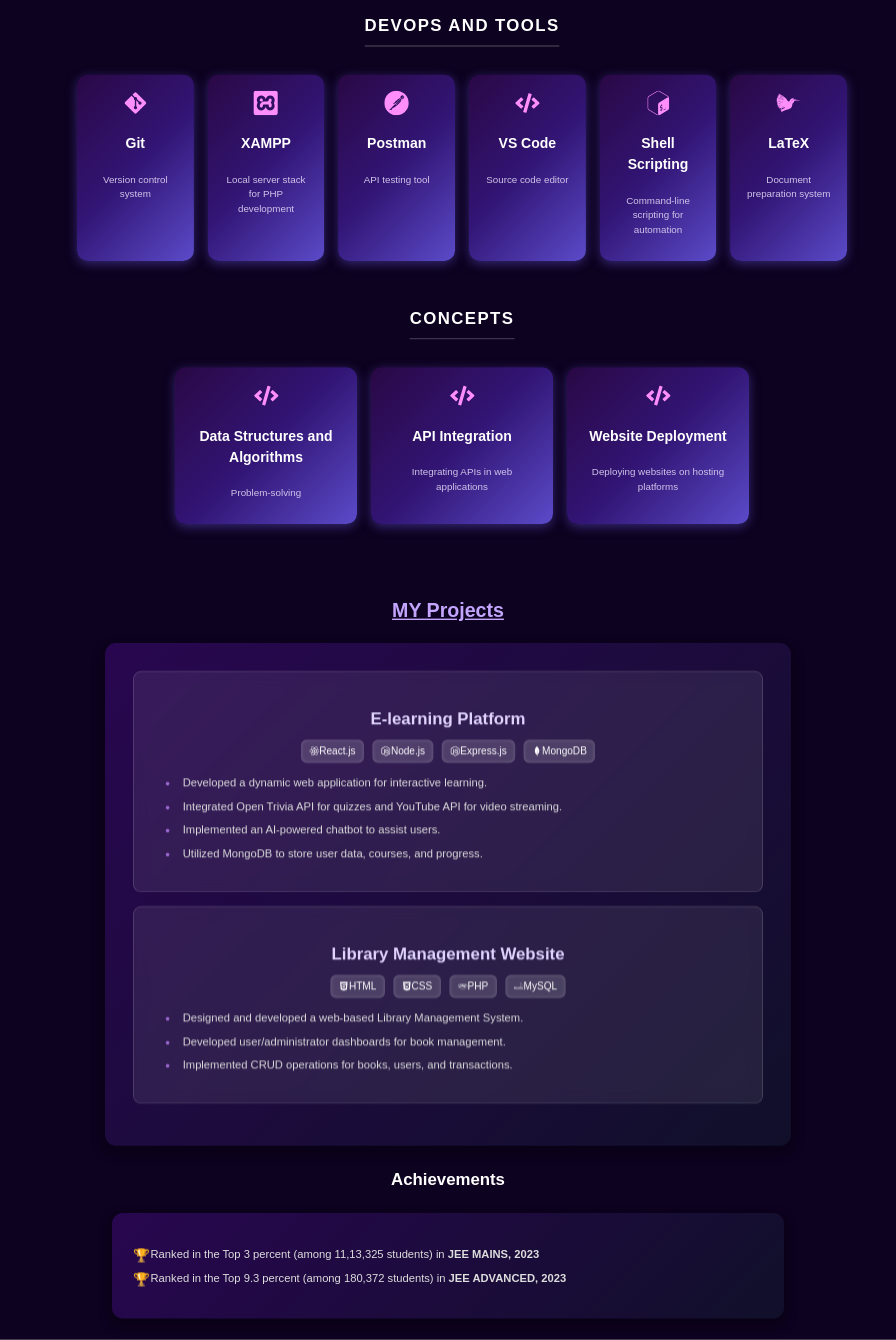
Repository: harshitap1305/Portfolio
Page: /
An editor plug-in stored every save of this project. The page is shown before and after the next save, followed by the edit.
The browser window is 1280 px wide. The pictures show the part of the page from y = 2294 to 4214 px (the page is 4208 px tall before and 4214 px after), at 70% of full size.
The project was rebuilt for these pictures with package versions that can differ from the ones it lists, and the page was loaded fresh each time. Also part of the build but not shown: vite.config.js.

Above is the page before, as saved 2025-03-27 22:06:59.

### index.html
<!doctype html>
<html lang="en">
  <head>
    <meta charset="UTF-8" />

    <meta name="viewport" content="width=device-width, initial-scale=1.0" />
    <title>Harshita's Portfolio</title>
  </head>
  <body>
    <div id="root"></div>
    <script type="module" src="/src/main.jsx"></script>
  </body>
</html>

### src/App.jsx
import Home from './Home.jsx'

function App() {


  return (
    <>
      <Home/>
    </>
  )
}

export default App

### src/Home.jsx
import React from 'react';
import harshita from './assets/harshita.png';
import './App.css';
import { FaReact, FaHtml5, FaCss3Alt,FaNodeJs, FaPhp,FaGitAlt } from "react-icons/fa";
import { SiNextdotjs, SiExpress,SiMysql,SiMongodb,SiXampp,SiPostman,SiGnubash,SiLatex,SiC,SiCplusplus,SiJavascript } from "react-icons/si";
import { FaCode } from "react-icons/fa";
import Projects from './Projects';

import Cards from './Cards';
const skillsData=[
    {
        category: "Languages",
        skills: [
          { name: "C", description: "Procedural programming language", icon: <SiC/> },
          { name: "C++", description: "Object-oriented programming language", icon: <SiCplusplus/> },
          { name: "Javascript", description: "Scripting language for web development", icon: <SiJavascript/> },

        ]
      },
    {
        category: "Frontend",
        skills: [
          { name: "React.js", description: "Frontend Library", icon: <FaReact/> },
          { name: "HTML", description: "Markup Language", icon: <FaHtml5 /> },
          { name: "CSS", description: "Styling", icon: <FaCss3Alt /> },
          { name: "Next.js", description: "Frontend Framework", icon: <SiNextdotjs /> }
        ]
      },
      {
        category: "Backend",
        skills: [
          { name: "Node.js", description: " JavaScript runtime", icon: <FaNodeJs /> },
          { name: "Express.js", description: "Node.js web framework.", icon: <SiExpress /> },
          { name: "PHP", description: "Backend scripting language", icon: <FaPhp /> }
        ]
      },
      {
        category: "Database",
        skills: [
          { name: "MongoDB", description: "NoSQL Database", icon: <SiMongodb/> },
          { name: "MySQL", description: "Relational Database", icon: <SiMysql /> }
        ]
      },
      {
        category: "DevOps and Tools",
        skills: [
            { name: "Git", description: "Version control system",icon: <FaGitAlt/>,  },
            { name: "XAMPP", description: "Local server stack for PHP development",icon: <SiXampp/>,  },
            { name: "Postman", description: "API testing tool",icon: <SiPostman/> },
            {  name: "VS Code", description: "Source code editor",icon:  <FaCode/>},
            {  name: "Shell Scripting", description: "Command-line scripting for automation",icon: <SiGnubash/> },
            { name: "LaTeX", description: "Document preparation system",icon: <SiLatex/> }
          ]
      },
      {
      category:"Concepts",
      skills:[
        { name: "Data Structures and Algorithms", description: "Problem-solving", icon: <FaCode/> },
        {name:"API Integration",description:"Integrating APIs in web applications",icon:<FaCode/>},
        { name:"Website Deployment",description:"Deploying websites on hosting platforms",icon:<FaCode/> }
      ]
      }
]
const Home = () => {
  return (
    <>
      <img src={harshita} alt="Harshita Patidar" className="harshita" />
      <h2 className="name">Hey, I am Harshita Patidar!</h2>
      <p className="tagline">Computer Science and Engineering (B.Tech) | IIT Bhilai</p>
      <p className="subtext">
      🚀 Passionate developer | Problem solver | Lifelong learner
      </p>
      <p className='intro'>I am Harshita Patidar, a Computer Science and Engineering student at IIT Bhilai, driven by a passion for software development, problem-solving, and impactful technology solutions. I have built and deployed full-stack web applications using React.js, Node.js, Express.js, and MongoDB.I thrive in dynamic environments where innovation meets purpose, and I am eager to apply my skills to challenges that drive meaningful change.</p>
      <div className="education-container">
        <h1 className="education-heading">Education</h1>
        <ul className="education-list">
          <li>
            <span className="edu-degree">B.Tech in Computer Science and Engineering</span> | <b>IIT Bhilai</b> | <b>CGPA: 8.27/10</b> (2023 - 2027)
          </li>
          <li>
            <span className="edu-degree">12th (MPBSE)</span> | BCM Higher Secondary School, Dewas, MP | <b>92%</b> (2023)
          </li>
        </ul>

      </div>
      <h1 className="skills-heading">My Skills</h1>
      <div className="skills-container">
        {skillsData.map((section, index) => (
          <div key={index} className="skill-section">
            <h3 className="skill-category">{section.category}</h3>
            <div className="skill-grid">
              {section.skills.map((skill, i) => (
                <Cards key={i} icon={skill.icon} name={skill.name} description={skill.description} />
              ))}
            </div>
          </div>
        ))}
      </div>
      <h1 className="projects-heading">MY Projects</h1>
      <Projects/>
      <h2 className="ach-title">Achievements</h2>
      <div className="achievements-container">

  <ul className="achievements-list">
    <li>Ranked in the Top 3 percent (among 11,13,325 students) in <b>JEE MAINS, 2023</b></li>
    <li>Ranked in the Top 9.3 percent (among 180,372 students) in <b>JEE ADVANCED, 2023</b></li>
  </ul>
</div>

    </>
  );
};

export default Home;

### src/App.css
/* Background */
body {
  background-color: #0d021f;
  color: white;
  font-family: 'Poppins', sans-serif;
  text-align: center;
  justify-content: center;
  display: flex;
}

/* Image Styling */
.harshita {
  width: 250px;
  border-radius: 50%;
  display: block;
  margin: 50px auto 10px;
  box-shadow: 0px 0px 50px rgba(255, 255, 255, 0.2);
}

/* Name Styling */
.name {
  font-size: 35px;
  font-weight: bold;
  margin-top: 10px;
  color: #c3a5ff; /* Light purple */
}

/* Tagline Styling */
.tagline {
  font-size: 18px;
  margin-top: 5px;
  opacity: 0.8;
}


/* Subtext */
.subtext {
  font-size: 14px;
  margin-top: 5px;
  opacity: 0.7;
}
/* Intro Box */
.intro {
  font-size: 15px;
  line-height: 1.8;
  max-width: 1100px;
  text-align: center;
  margin-top: 20px;
  color: #e5dbff;
  padding: 10px 20px;

}

/* Highlights in Text */
.intro span {
  color: #8a4bff;
  font-weight: bold;
}
/* Education Section */
.education-container {
  margin-top: 20px;
  padding: 15px;
  text-align: left;
  max-width: 100%;
  justify-content: center;
  text-align: center;
}

.education-heading,.skills-heading,.projects-heading,.ach-heading {
  font-size: 28px;
  font-weight: bold;
  color: #c3a5ff;
  margin-bottom: 10px;
  text-decoration: underline;


}

.education-list {
  list-style: none;
  padding: 0;
}

.education-list li {
  font-size: 18px;
  line-height: 1.6;
  margin-bottom: 8px;
}

.edu-degree {
  font-weight: bold;
  color: white;
}
.skills-container {
  display: flex;
  flex-direction: column;
  align-items: center;
  justify-content: center;
  width: 100%;
  padding: 50px 20px;
  color: white;
  justify-content: center;

}

.skill-section {
  width: 100%;
  max-width: 1100px;
  margin-bottom: 40px;
  text-align: center;
  justify-content: center;
}

.skill-category{
  font-size: 24px;
  font-weight: bold;
  color: #fff;
  text-transform: uppercase;
  letter-spacing: 2px;
  margin-bottom: 20px;
  padding-bottom: 10px;
  border-bottom: 2px solid rgba(255, 255, 255, 0.2);
  display: inline-block;
}

.skill-grid {
  display: grid;
  grid-template-columns: repeat(auto-fit, minmax(200px, 1fr));
  gap: 20px;
  justify-content: center;
  margin-top: 20px;
}
.skill-grid:has(:nth-child(2):nth-last-child(1)),
.skill-grid:has(:nth-child(2):nth-last-child(2)) {
  display: flex;
  justify-content: center;
  gap: 20px;
}
.achievements-container {
  padding: 30px;
  border-radius: 16px;
  color: white;
  margin: 30px auto;
  max-width: 900px;
  background: linear-gradient(135deg, rgba(43, 7, 85, 0.9), rgba(17, 17, 43, 0.9));
  box-shadow: 0px 8px 20px rgba(0, 0, 0, 0.4);
  text-align: center;
}

.section-title {
  font-size: 2rem;
  font-weight: bold;
  text-align: center;
  margin-bottom: 20px;
  text-transform: uppercase;
  letter-spacing: 2px;
  color: #d4c3ff;
}

.achievements-list {
  list-style: none;
  padding: 0;
  font-size: 1rem;
  line-height: 1.6;
  text-align: left;
}

.achievements-list li {
  margin-bottom: 8px;
  position: relative;
  padding-left: 25px;
  color: #ddd;
}

.achievements-list li::before {
  content: "🏆";
  position: absolute;
  left: 0;
  color: #a06cd5;
  font-size: 1.2rem;
}

### src/Projects.jsx
import { FaReact, FaNodeJs, FaDatabase, FaPhp, FaHtml5, FaCss3Alt } from "react-icons/fa";
import { SiMongodb, SiMysql } from "react-icons/si";
import './Projects.css';
const projectsData = [
  {
    name: "E-learning Platform",
    techStack: [
      { name: "React.js", icon: <FaReact /> },
      { name: "Node.js", icon: <FaNodeJs /> },
      { name: "Express.js", icon: <FaNodeJs /> },
      { name: "MongoDB", icon: <SiMongodb /> }
    ],
    description: [
      "Developed a dynamic web application for interactive learning.",
      "Integrated Open Trivia API for quizzes and YouTube API for video streaming.",
      "Implemented an AI-powered chatbot to assist users.",
      "Utilized MongoDB to store user data, courses, and progress."
    ]
  },
  {
    name: "Library Management Website",
    techStack: [
      { name: "HTML", icon: <FaHtml5 /> },
      { name: "CSS", icon: <FaCss3Alt /> },
      { name: "PHP", icon: <FaPhp /> },
      { name: "MySQL", icon: <SiMysql /> }
    ],
    description: [
      "Designed and developed a web-based Library Management System.",
      "Developed user/administrator dashboards for book management.",
      "Implemented CRUD operations for books, users, and transactions."
    ]
  }
];

function ProjectsSection() {
  return (
    <div className="projects-container">

      {projectsData.map((project, index) => (
        <div key={index} className="project-box">
          <h3 className="project-title">{project.name}</h3>
          <div className="tech-stack">
            {project.techStack.map((tech, i) => (
              <span key={i} className="tech">
                {tech.icon} {tech.name}
              </span>
            ))}
          </div>
          <ul className="project-description">
            {project.description.map((desc, i) => (
              <li key={i}>{desc}</li>
            ))}
          </ul>
        </div>
      ))}
    </div>
  );
}

export default ProjectsSection;

### src/Cards.jsx
import React from 'react'
import './Cards.css'
const Cards = ({name,description,icon}) => {
  return (
    <>
    <div className="skill-card">
    <div className="skill-icon">{icon}</div>
    <h4>{name}</h4>
    <p>{description}</p>
    </div>
  </>
  )
}

export default Cards

### src/Projects.css
.projects-container {
    padding: 40px;
    border-radius: 16px;
    color: white;
    margin: 30px auto;
    max-width: 900px;
    background: linear-gradient(135deg, rgba(43, 7, 85, 0.9), rgba(17, 17, 43, 0.9));
    box-shadow: 0px 8px 20px rgba(0, 0, 0, 0.4);
  }

  .section-title {
    font-size: 2rem;
    font-weight: bold;
    text-align: center;
    margin-bottom: 25px;
    text-transform: uppercase;
    letter-spacing: 2px;
    color: #d4c3ff;
  }

  .project-box {
    background: rgba(255, 255, 255, 0.08);
    border-radius: 12px;
    padding: 25px;
    margin-bottom: 20px;
    transition: transform 0.3s ease-in-out, box-shadow 0.3s ease-in-out;
    backdrop-filter: blur(10px);
    border: 1px solid rgba(255, 255, 255, 0.2);
  }

  .project-box:hover {
    transform: translateY(-6px);
    box-shadow: 0px 10px 25px rgba(0, 0, 0, 0.5);
  }

  .project-title {
    font-size: 1.5rem;
    font-weight: bold;
    margin-bottom: 12px;
    color: #e0d4ff;
    text-align: center;
  }

  .tech-stack {
    display: flex;
    flex-wrap: wrap;
    gap: 12px;
    margin-bottom: 15px;
    justify-content: center;
  }

  .tech {
    display: flex;
    align-items: center;
    background: rgba(255, 255, 255, 0.15);
    padding: 6px 12px;
    border-radius: 8px;
    font-size: 0.9rem;
    color: white;
    font-weight: 500;
    box-shadow: inset 0 0 6px rgba(255, 255, 255, 0.2);
  }

  .project-description {
    list-style: none;
    padding-left: 20px;
    font-size: 1rem;
    line-height: 1.6;
    text-align: left;
  }

  .project-description li {
    margin-bottom: 8px;
    position: relative;
    padding-left: 25px;
    color: #ddd;
  }

  .project-description li::before {
    content: "•";
    position: absolute;
    left: 0;
    color: #a06cd5; /* Matches the theme */
    font-size: 1.2rem;
  }

### src/Cards.css
.skill-card {
    background: linear-gradient(135deg, #2a0845, #321575, #5b4bc9);
    padding: 20px;
    width: 220px;
    border-radius: 15px;
    text-align: center;
    transition: 0.3s;
    box-shadow: 0 4px 15px rgba(91, 75, 201, 0.5);
    position: relative;
    overflow: hidden;
  }

  .skill-card:hover {
    transform: translateY(-5px);
    box-shadow: 0 6px 20px rgba(91, 75, 201, 0.8);
  }

  .skill-card h4 {
    color: #fff;
    font-size: 20px;
    margin-top: 10px;
    font-weight: bold;
  }

  .skill-card p {
    color: #d1c4e9;
    font-size: 14px;
  }

  .skill-icon {
    font-size: 35px;
    color: #ff8efb;
  }

  /* Glowing Effect */
  .skill-card::before {
    content: "";
    position: absolute;
    top: -50%;
    left: -50%;
    width: 200%;
    height: 200%;
    background: radial-gradient(circle, rgba(255, 255, 255, 0.2) 10%, transparent 50%);
    transform: rotate(30deg);
    opacity: 0;
    transition: opacity 0.4s;
  }

  .skill-card:hover::before {
    opacity: 1;
  }

Loaded but not shown: src/main.jsx (common file); src/index.css (common file)

After the next save:
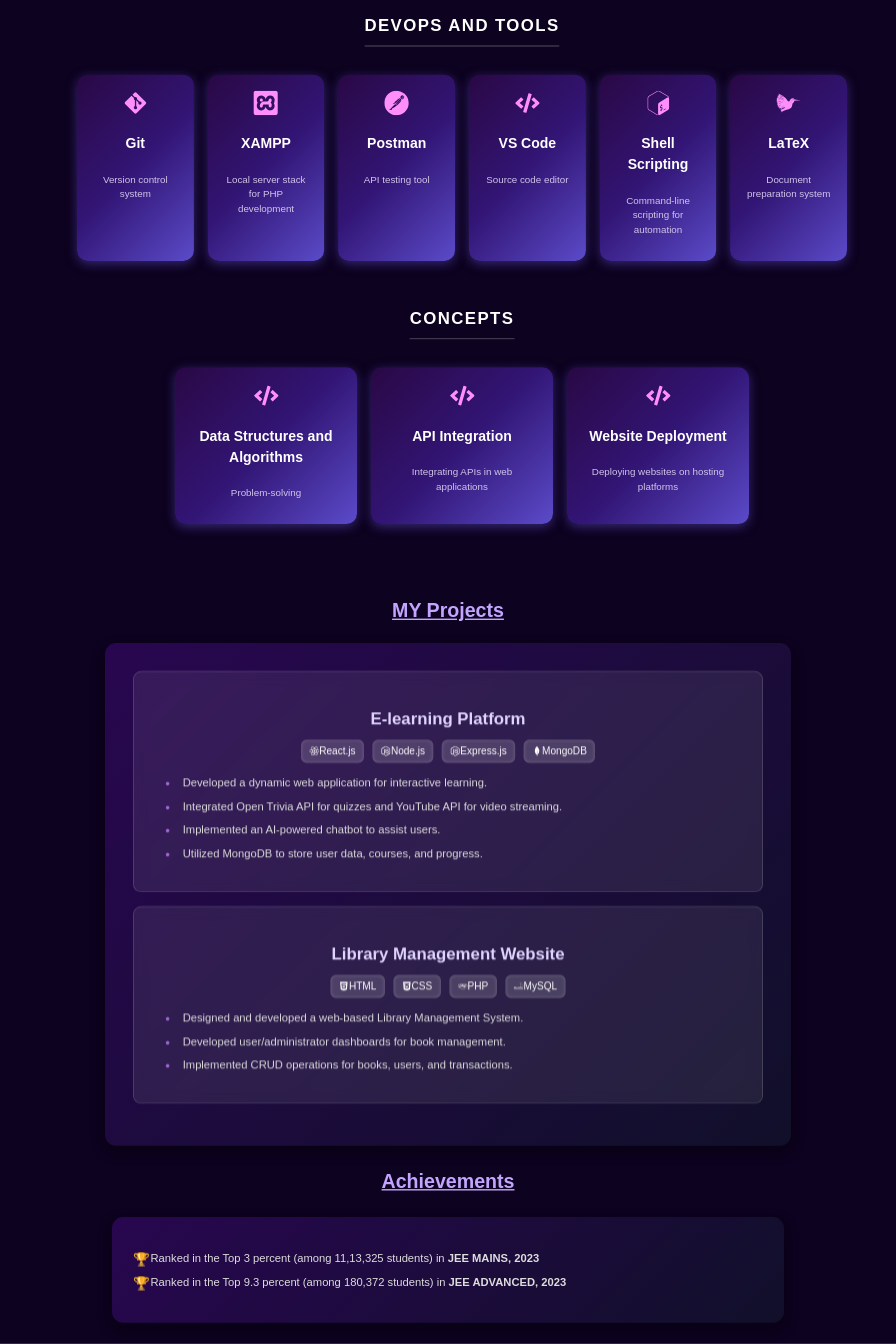
Saved 23 s later.
--- a/src/Home.jsx
+++ b/src/Home.jsx
@@ -98,7 +98,7 @@
       </div>
       <h1 className="projects-heading">MY Projects</h1>
       <Projects/>
-      <h2 className="ach-title">Achievements</h2>
+      <h2 className="ach-heading">Achievements</h2>
       <div className="achievements-container">
 
   <ul className="achievements-list">
